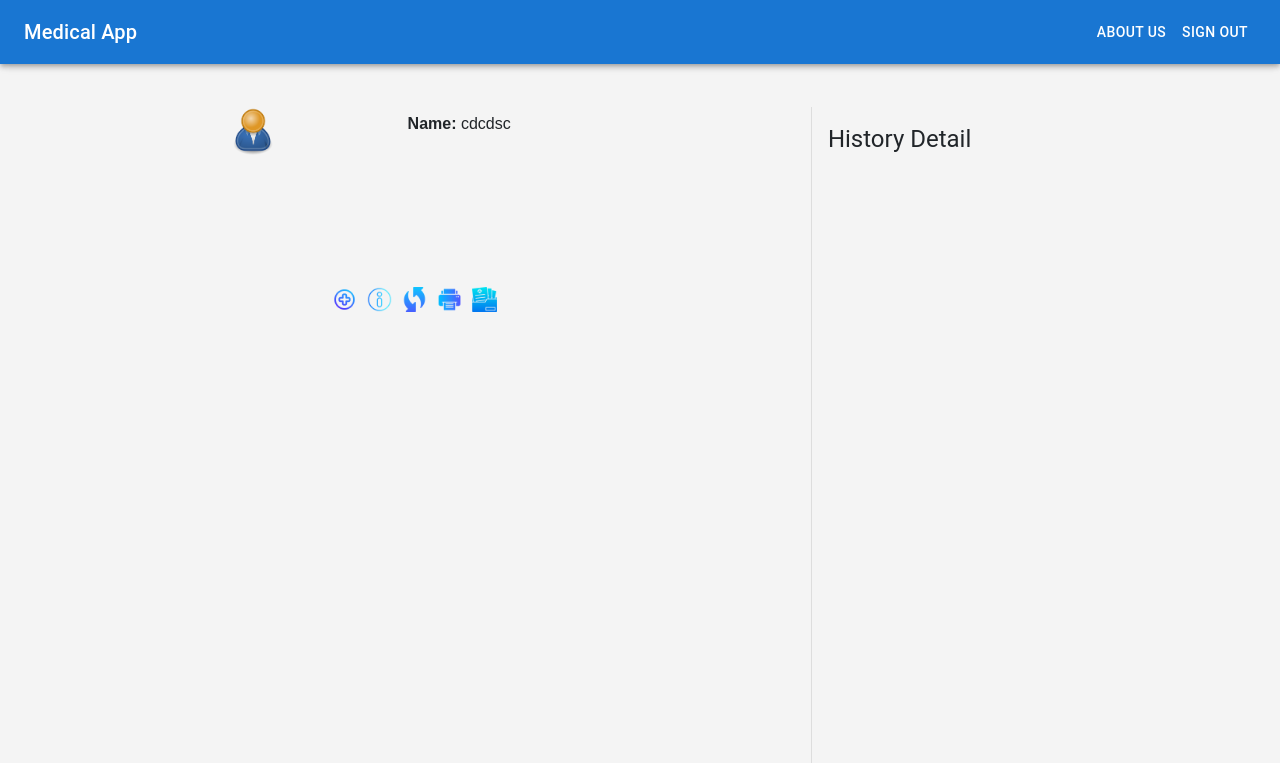
Repository: sshaiv/demo_project
Page: /
An editor plug-in stored every save of this project. The page is shown before and after a run of saves, followed by the edit.
The browser window is 1280 px wide. The pictures show the whole page.
The project was rebuilt for these pictures with package versions that can differ from the ones it lists, and the page was loaded fresh each time. Also part of the build but not shown: src/components/AddPatient.js.

Above is the page before, as saved 2024-08-13 09:42:09.

### public/index.html
<!DOCTYPE html>
<html lang="en">
  <head>
    <meta charset="utf-8" />
    <link rel="icon" href="%PUBLIC_URL%/favicon.ico" />
    <meta name="viewport" content="width=device-width, initial-scale=1" />
    <meta name="theme-color" content="#000000" />
    <meta
      name="description"
      content="Web site created using create-react-app"
    />
    <link rel="apple-touch-icon" href="%PUBLIC_URL%/logo192.png" />
    <!--
      manifest.json provides metadata used when your web app is installed on a
      user's mobile device or desktop. See https://developers.google.com/web/fundamentals/web-app-manifest/
    -->
    <link rel="manifest" href="%PUBLIC_URL%/manifest.json" />
    <link
  rel="stylesheet"
  href="https://maxcdn.bootstrapcdn.com/bootstrap/4.5.2/css/bootstrap.min.css"
/>

    <!--
      Notice the use of %PUBLIC_URL% in the tags above.
      It will be replaced with the URL of the `public` folder during the build.
      Only files inside the `public` folder can be referenced from the HTML.

      Unlike "/favicon.ico" or "favicon.ico", "%PUBLIC_URL%/favicon.ico" will
      work correctly both with client-side routing and a non-root public URL.
      Learn how to configure a non-root public URL by running `npm run build`.
    -->
    <title>React App</title>
  </head>
  <body>
    <noscript>You need to enable JavaScript to run this app.</noscript>
    <div id="root"></div>
    <!--
      This HTML file is a template.
      If you open it directly in the browser, you will see an empty page.

      You can add webfonts, meta tags, or analytics to this file.
      The build step will place the bundled scripts into the <body> tag.

      To begin the development, run `npm start` or `yarn start`.
      To create a production bundle, use `npm run build` or `yarn build`.
    -->
  </body>
</html>

### src/App.js
// src/App.js
import React from 'react';
import { Box, Container } from '@mui/material';
import LeftSection from './components/LeftSection';
import RightSection from './components/RightSection';
import Header from './components/Header'; // Assuming you have a Header component

const App = () => {
  return (
    <div>
      <Header /> {/* Include your header if you have one */}

      <Box
        sx={{
          position:'relative',
          top:'75px',
          display: 'flex',
          height: 'calc(100vh - 64px)', // Adjust height if you have a header
        }}
      >
        <Box sx={{ width: '70%', overflowY: 'scroll' }}>
          <LeftSection />

        </Box>
        <Box sx={{ width: '30%', borderLeft: '1px solid #ddd' }}>
          <RightSection />
        </Box>
      </Box>
    </div>
  );
};

export default App;

### src/components/LeftSection.jsx
// src/components/LeftSection.js
import React from 'react';
// import { Box, Typography, TextField, Grid } from '@mui/material';
import NursingHeader from './NursingHeader';
import AddPatient from './AddPatient';
import { useState } from 'react';

const LeftSection = () => {


  const [showLogin, setShowLogin] = useState(false)

  return (
    <>
    {showLogin? <AddPatient  setShowLogin={setShowLogin}/>:<></>}

     <div>
      <NursingHeader  setShowLogin={setShowLogin} />
      </div>
   </>
  );
};

export default LeftSection;

### src/components/RightSection.jsx
// src/components/RightSection.js
import React from 'react';
import { Box, Typography } from '@mui/material';

const RightSection = () => {
  return (
    <Box
      sx={{
        width: '100%',
        height: 'calc(100vh - 64px)',
        padding: '16px',
        boxSizing: 'border-box',
      }}
    >
      <Typography variant="h5" gutterBottom>
        History Detail
      </Typography>
      {/* Add more content as needed */}
    </Box>
  );
};

export default RightSection;

### src/components/Header.js
import React from 'react';
import { AppBar, Toolbar, Typography, Button } from '@mui/material';

const Header = () => {
  return (
    <AppBar position="fixed">
      <Toolbar>
        <Typography variant="h6" style={{ flexGrow: 1 }}>
          Medical App
        </Typography>
        <Button color="inherit">About Us</Button>
        <Button color="inherit">Sign Out</Button>
      </Toolbar>
    </AppBar>
  );
};

export default Header;

### src/components/NursingHeader.js
// import React from "react";
import React from "react";
import  '../cssfile/style.css'

const NursingHeader = ({setShowLogin}) => {

  return (
    <div id="NursingHeader" className="container-fluid">
      <div style={{gap: "130px" , position: "relative"}} className="row">
        {/* Employee Image */}
        <div className="col-md-1">
          <img
            src="/assets/2000px-User_icon_2.svg.png"
            style={{
              width: "50px",
              height: "50px",
              marginRight: "10px",
              cursor: "pointer",
            }}
            alt=""
            onClick={() => console.log("Add Patient Clicked")}
          />
        </div>

        {/* Patient Information */}
        <div className="col-md-6" style={{ textAlign: "left" }}>
          <p><strong>Name:</strong> cdcdsc</p>
          {/* <p><strong>Age:</strong> {patientInfo.age}</p>
          <p><strong>Gender:</strong> {patientInfo.gender}</p>
          <p><strong>Mobile:</strong> {patientInfo.mobile}</p> */}
        </div>

        {/* Action Buttons */}
        <div
        className="col-md-6"
        style={{ textAlign: "right" }}
      >
        <img
          src="/assets/addpatients.png"
          style={{
            width: "25px",
            height: "25px",
            marginRight: "10px",
            cursor: "pointer",
          }}
          alt="ADD"
          onClick={() => setShowLogin(true)}
        />
        <img
          src="/assets/info-button.png"
          style={{
            width: "25px",
            height: "25px",
            marginRight: "10px",
            cursor: "pointer",
          }}
          alt="Info"
          onClick={() => console.log("Info Button Clicked")}
        />
        <img
          src="/assets/refresh.png"
          style={{
            width: "25px",
            height: "25px",
            marginRight: "10px",
            cursor: "pointer",
          }}
          alt="Refresh"
          onClick={() => console.log("Refresh Clicked")}
        />
        <img
          src="/assets/printer.png"
          style={{
            width: "25px",
            height: "25px",
            marginRight: "10px",
            cursor: "pointer",
          }}
          alt="Print"
          onClick={() => console.log("Print Clicked")}
        />
        <img
          src="/assets/folder.png"
          style={{ width: "25px", height: "25px", cursor: "pointer" }}
          alt="Folder"
          onClick={() => console.log("Folder Clicked")}
        />
      </div>


      </div>

      {/* Hidden Fields */}
      <div className="row">
        <div className="col-md-1" hidden>
          <label>Bed No.</label>
          <input
            id="txtBedNo"
            type="text"
            className="form-control form-control-readonly"
            readOnly
            disabled
          />
        </div>
        <div className="col-md-1" hidden>
          <label>Age</label>
          <input
            id="txtAge"
            type="text"
            className="form-control form-control-readonly"
            readOnly
            disabled
          />
        </div>
        <div className="col-md-1" hidden>
          <label>Gender</label>
          <input
            id="txtGender"
            type="text"
            className="form-control form-control-readonly"
            readOnly
            disabled
          />
        </div>
      </div>
    </div>
  );
};

// Reusable Button Component
const Button = ({ id, imgSrc, onClick, title, disabled }) => (
  <button
    id={id}
    className="btn btn-primary btn-sm"
    style={{ backgroundColor: "transparent" }}
    onClick={onClick}
    title={title}
    disabled={disabled}
  >
    <img
      src={imgSrc}
      style={{ width: "25px", height: "25px" }}
      alt={title || "button"}
    />
  </button>
);

export default NursingHeader;

### src/cssfile/style.css
body {
    font-family: Arial, sans-serif;
    background-color: #f4f4f4;
    display: flex;
    justify-content: center;
    align-items: center;
    height: 100vh;
    margin: 0;
  }

  .container {
    background-color: white;
    width: 85%;
    border: 2px solid #003366;
    border-radius: 8px;
    padding: 20px;
  }

  .header {
    display: flex;
    justify-content: space-between;
    align-items: center;
    background-color: #003366;
    color: white;
    padding: 10px;
    border-radius: 6px;
  }

  .header h2 {
    margin: 0;
  }

  .buttons {
    display: flex;
    gap: 10px;
  }

  .buttons button {
    background-color: white;
    border: none;
    border-radius: 50%;
    padding: 8px;
    cursor: pointer;
    font-size: 16px;
  }

  .patient-form {
    margin-top: 20px;
  }

  .row {
    display: flex;
    align-items: center;
    margin-bottom: 15px;
    gap: 15px;
  }

  .row label {
    width: 100px;
    font-weight: bold;
  }

  .row input,
  .row select {
    flex: 1;
    padding: 5px;
    border: 1px solid #ccc;
    border-radius: 4px;
  }

  .row .required {
    color: red;
  }

  .search-btn {
    background-color: #fff;
    border: 1px solid #ccc;
    padding: 5px;
    cursor: pointer;
  }

  .footer {
    display: flex;
    justify-content: center;
    margin-top: 20px;
  }

  .done-btn {
    background-color: #003366;
    color: white;
    padding: 10px 20px;
    border: none;
    border-radius: 4px;
    cursor: pointer;
    font-size: 16px;
  }

Loaded but not shown: src/index.js (common file); src/index.css (common file)

After the next 6 saves:
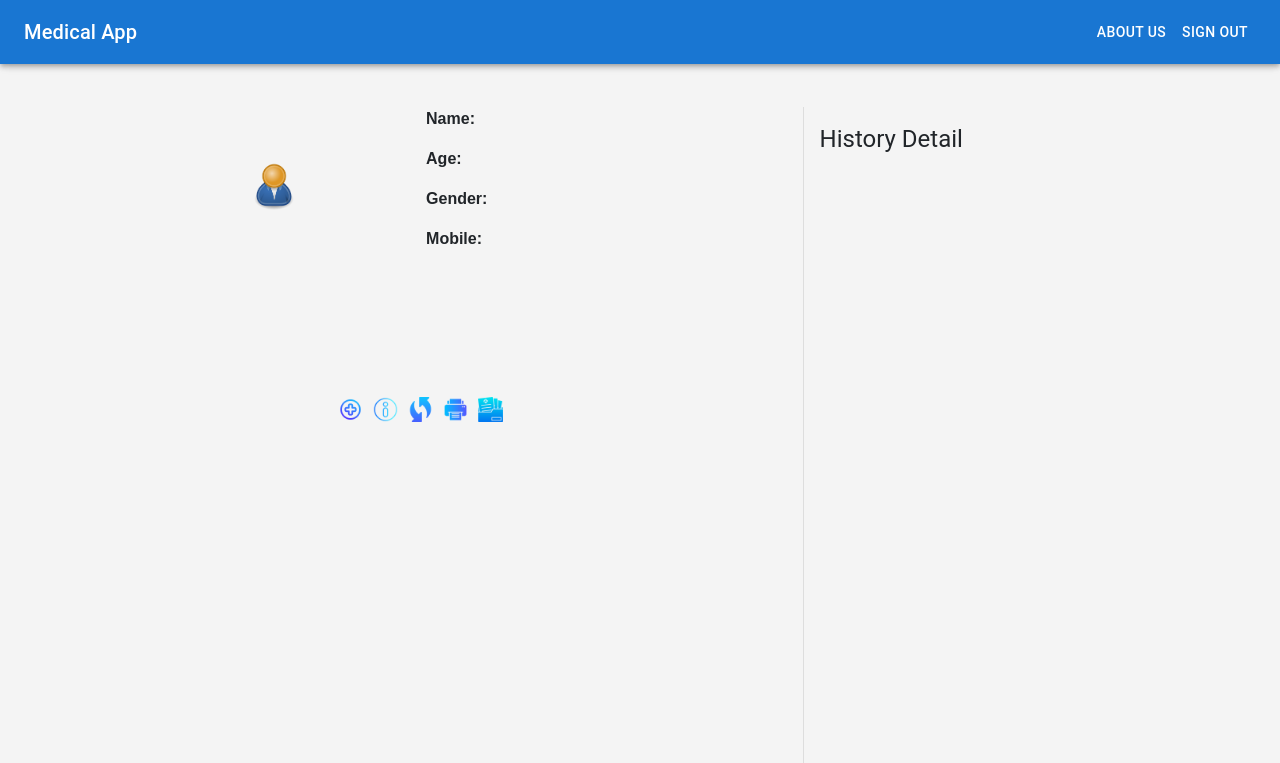
The 6 saves are shown as one change because 2 did not build or start and some came seconds apart.
The last was saved 39 s later.
--- a/src/components/NursingHeader.js
+++ b/src/components/NursingHeader.js
@@ -24,10 +24,10 @@ const NursingHeader = ({setShowLogin}) => {
 
         {/* Patient Information */}
         <div className="col-md-6" style={{ textAlign: "left" }}>
-          <p><strong>Name:</strong> cdcdsc</p>
-          {/* <p><strong>Age:</strong> {patientInfo.age}</p>
-          <p><strong>Gender:</strong> {patientInfo.gender}</p>
-          <p><strong>Mobile:</strong> {patientInfo.mobile}</p> */}
+          <p><strong>Name:</strong> </p>
+          <p><strong>Age:</strong> </p>
+          <p><strong>Gender:</strong> </p>
+          <p><strong>Mobile:</strong> </p>
         </div>
 
         {/* Action Buttons */}
